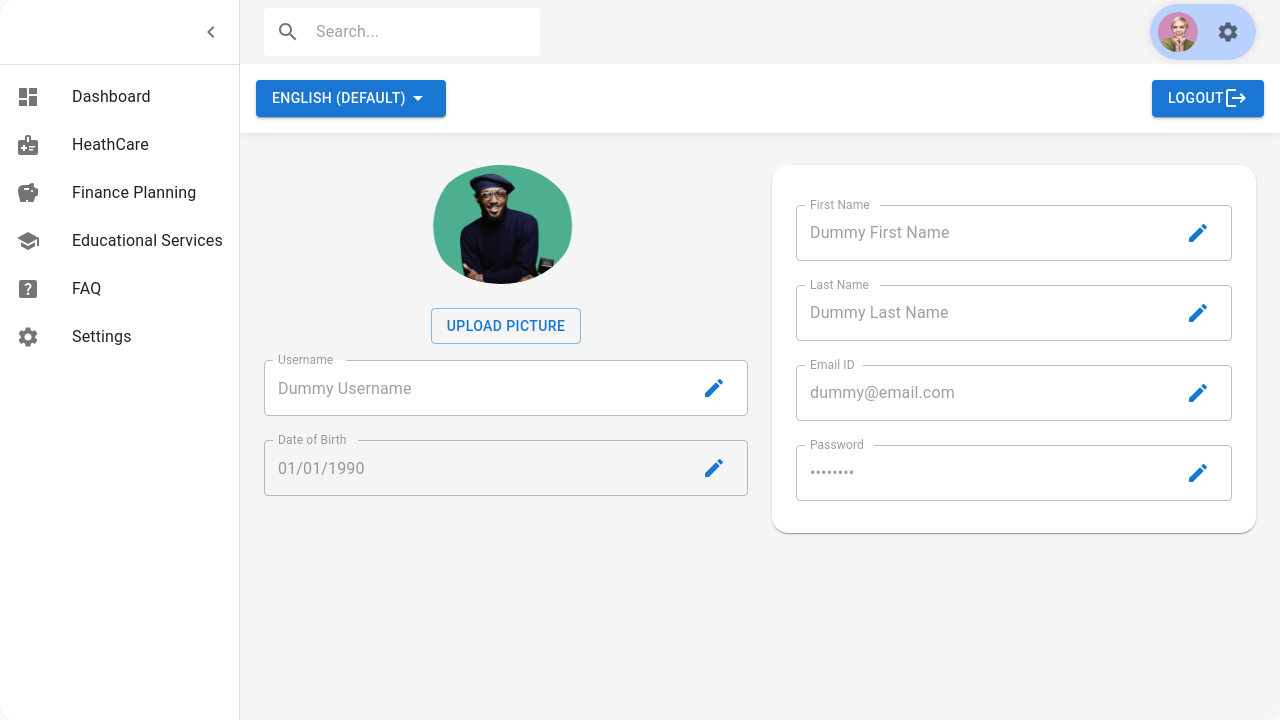
Repository: shubhampirate/TIAA_Retirement_hackathon
Page: /
These files come from the project's save history. The page is drawn as it stood at one moment and after the next save; the edit follows.
The browser window is 1280 px wide. The pictures show the whole page.
The project was rebuilt for these pictures with package versions that can differ from the ones it lists, and the page was loaded fresh each time. Also part of the build but not shown: src/Components/CustomButton.jsx, src/Components/Navbar.jsx, src/Components/Properties.jsx, src/Components/Footer.jsx, src/Components/Hero.jsx, src/pages/Sign_In.jsx.

Above is the page before, as saved 2023-11-15 20:18:01.

### src/index.css
@import url("https://fonts.googleapis.com/css2?family=Poppins:wght@400;500;700&display=swap");

* {
  margin: 0;
  padding: 0;
  box-sizing: border-box;
  font-family: "Poppins", sans-serif;
}

body {
  margin: 0;
  -webkit-font-smoothing: antialiased;
  -moz-osx-font-smoothing: grayscale;
}

code {
  font-family: source-code-pro, Menlo, Monaco, Consolas, "Courier New",
    monospace;
}

### src/App.jsx
import Hero from "./Components/Hero";
import SignIn from "./pages/Sign_In";
// import Dashboard from "./Components/Dashboard";
// import GaugeChart from "./Components/GaugeChart"
import Health from "./Components/Health";

function App() {
  return (
    <>
      {/* <Hero /> */}
      {/* <SignIn/> */}
      {/* <Dashboard /> */}
      <Health/>
      {/* <GaugeChart />  */}
    </>
  );
}

export default App;

### src/Components/Health.jsx
// import * as React from 'react';
import React, { useState } from 'react';
import { styled, createTheme, ThemeProvider } from '@mui/material/styles';
import CssBaseline from '@mui/material/CssBaseline';
import MuiDrawer from '@mui/material/Drawer';
import Box from '@mui/material/Box';
import MuiAppBar from '@mui/material/AppBar';
import Toolbar from '@mui/material/Toolbar';
import List from '@mui/material/List';
import Typography from '@mui/material/Typography';
import Divider from '@mui/material/Divider';
import IconButton from '@mui/material/IconButton';
// import Badge from '@mui/material/Badge';
import Container from '@mui/material/Container';
import Grid from '@mui/material/Grid';
import Paper from '@mui/material/Paper';
// import Link from '@mui/material/Link';
import MenuIcon from '@mui/icons-material/Menu';
import ChevronLeftIcon from '@mui/icons-material/ChevronLeft';
// import NotificationsIcon from '@mui/icons-material/Notifications';
import SettingsIcon from '@mui/icons-material/Settings';
import { mainListItems } from './listItems';
// import Chart from './Chart';
// import Deposits from './Deposits';
import TextField from '@mui/material/TextField';
import EditIcon from '@mui/icons-material/Edit';
import LogoutIcon from '@mui/icons-material/Logout';
import heroImg_4 from "../media/img_4.jpeg";
import heroImg_5 from "../media/img_5.jpeg";
import Button from '@mui/material/Button';
import LinearProgress from '@mui/material/LinearProgress';
// import YourComponent from './YourComponent';
import SearchIcon from '@mui/icons-material/Search';
import ArrowDropDownIcon from '@mui/icons-material/ArrowDropDown';
import InputBase from '@mui/material/InputBase';


  const Title = styled(Typography)(({ theme }) => ({
    fontSize: "25px",
    color: "#042A57",
    fontWeight: "bold",
    textAlign: "left",
    margin: theme.spacing(4, 0, 4, 0),
    [theme.breakpoints.down("sm")]: {
      fontSize: "30px",
    },
  }));
const drawerWidth = 240;

const AppBar = styled(MuiAppBar, {
  shouldForwardProp: (prop) => prop !== 'open',
})(({ theme, open }) => ({
  zIndex: theme.zIndex.drawer + 1,
  transition: theme.transitions.create(['width', 'margin'], {
    easing: theme.transitions.easing.sharp,
    duration: theme.transitions.duration.leavingScreen,
  }),
  ...(open && {
    marginLeft: drawerWidth,
    width: `calc(100% - ${drawerWidth}px)`,
    transition: theme.transitions.create(['width', 'margin'], {
      easing: theme.transitions.easing.sharp,
      duration: theme.transitions.duration.enteringScreen,
    }),
  }),
}));


const ProgressBarBox = ({ title, value }) => {
    let indicatorText = '';
    let color = '';

    if (value <= 30) {
      indicatorText = 'Less';
      color = '#BDFF7B';
    } else if (value <= 70) {
      indicatorText = 'Nearby Full';
      color = '#FFE779';
    } else {
      indicatorText = 'Completely Full';
      color = '#FC8965';
    }

    return (
      <Grid item xs={12} sm={6} md={4}>
        <Paper
          sx={{
            p: 2,
            display: 'flex',
            flexDirection: 'column',
            alignItems: 'center',
            borderRadius: '16px',
          }}
        >
          <Typography variant="h6" sx={{ mb: 1, color: "#0066FF" }}>
            {title}
          </Typography>
          <LinearProgress
          variant="determinate"
          value={value}
          sx={{
            width: '100%',
            height: '12px',
            borderRadius: '8px',
            backgroundColor: '#f0f0f0',
            marginBottom: '8px',
            '& .MuiLinearProgress-bar': {
              backgroundColor: color,
            },
          }}
        />

          <Box
          sx={{
            display: 'flex',
            justifyContent: 'space-between',
            width: '100%',

          }}
        >
          <Typography variant="body2">{indicatorText}</Typography>
          <Typography variant="body2">{value}%</Typography>
        </Box>
        </Paper>
      </Grid>
    );
  };
const Drawer = styled(MuiDrawer, { shouldForwardProp: (prop) => prop !== 'open' })(
  ({ theme, open }) => ({
    '& .MuiDrawer-paper': {
      position: 'relative',
      whiteSpace: 'nowrap',
      width: drawerWidth,
      transition: theme.transitions.create('width', {
        easing: theme.transitions.easing.sharp,
        duration: theme.transitions.duration.enteringScreen,
      }),
      boxSizing: 'border-box',
      ...(!open && {
        overflowX: 'hidden',
        transition: theme.transitions.create('width', {
          easing: theme.transitions.easing.sharp,
          duration: theme.transitions.duration.leavingScreen,
        }),
        width: theme.spacing(7),
        [theme.breakpoints.up('sm')]: {
          width: theme.spacing(9),
        },
      }),
    },
  }),
);

// TODO remove, this demo shouldn't need to reset the theme.
const defaultTheme = createTheme();

export default function Health() {
    const [isEditing, setIsEditing] = useState(false);
    const [userData, setUserData] = useState({
      username: 'Dummy Username',
      dob: '01/01/1990',
      firstName: 'Dummy First Name',
      lastName: 'Dummy Last Name',
      email: 'dummy@email.com',
      password: '********',
    });

    const handleEdit = (field) => {
      setIsEditing(!isEditing);
    };

    const handleChange = (field, value) => {
      setUserData((prevData) => ({
        ...prevData,
        [field]: value,
      }));
    };

    const [open, setOpen] = React.useState(true);

  const toggleDrawer = () => {
    setOpen(!open);
  };

  return (
    <ThemeProvider theme={defaultTheme}>
      <Box sx={{ display: 'flex', borderRadius: '16px', overflow: 'hidden', boxShadow: '0px 0px 10px rgba(0, 0, 0, 0.1)' }} >
        <CssBaseline />

<AppBar position="absolute" open={open} sx={{ backgroundColor: "whitesmoke", boxShadow: 'none' }}>
  <Toolbar
    sx={{
      pr: '24px', // keep right padding when drawer closed
      display: 'flex',
      alignItems: 'center',
      justifyContent: 'space-between',
    }}
  >
    <Box sx={{ display: 'flex', alignItems: 'center' }}>
      <IconButton
        edge="start"
        aria-label="open drawer"
        onClick={toggleDrawer}
        sx={{
          marginRight: '36px',
          ...(open && { display: 'none' }),
          backgroundColor: "#fff"
        }}
      >
        <MenuIcon  />
      </IconButton>

      {/* Search tab */}
      <Box sx={{ display: 'flex', alignItems: 'center', backgroundColor: 'white', borderRadius: '4px', padding: '4px' }}>
        <IconButton>
          <SearchIcon />
        </IconButton>
        <InputBase
          placeholder="Search..."
          sx={{ ml: 1 }}
        />
      </Box>

    </Box>

    <Box sx={{ display: 'flex', alignItems: 'center', backgroundColor: '#B9D2FD', boxShadow: '0px 0px 10px rgba(0, 0, 0, 0.1)', borderRadius: '40px', padding: '8px' }}>
      {/* User profile image */}
      <img
        src={heroImg_4}
        alt="User Profile"
        style={{ borderRadius: '50%', width: '40px', height: '40px', marginRight: '10px' }}
      />

      {/* Settings button */}
      <IconButton>
        <SettingsIcon />
      </IconButton>
    </Box>
  </Toolbar>
</AppBar>

        <Drawer variant="permanent" open={open}>
          <Toolbar
            sx={{
              display: 'flex',
              alignItems: 'center',
              justifyContent: 'flex-end',
              px: [1],
            }}
          >
            <IconButton onClick={toggleDrawer}>
              <ChevronLeftIcon />
            </IconButton>
          </Toolbar>
          <Divider />
          <List component="nav">
            {mainListItems}
            {/* <Divider sx={{ my: 1 }} /> */}
            {/* {secondaryListItems} */}
          </List>
        </Drawer>
        <Box
          component="main"
          sx={{
            backgroundColor: (theme) =>
              theme.palette.mode === 'light'
                ? theme.palette.grey[100]
                : theme.palette.grey[900],
            flexGrow: 1,
            height: '100vh',
            overflow: 'auto',

          }}
        >
          <Toolbar />
          {/* </Container> */}


          {/* Start Here */}
          <Box
    sx={{
      display: 'flex',
      justifyContent: 'space-between',
      alignItems: 'center',
      padding: '16px',
      backgroundColor: '#fff',
      boxShadow: '0px 0px 10px rgba(0, 0, 0, 0.1)',
    }}
  >
    {/* Language Button */}
    <Button variant="contained" >
      English (default) <ArrowDropDownIcon/>
    </Button>
    {/* Logout Button */}
    <Button variant="contained" >
      Logout  <LogoutIcon/>     </Button>
  </Box>
          <Container sx={{ mt: 4 }}>
        <Grid container spacing={3}>
          {/* Single Column for Upload Picture, Username, and DOB */}
          <Grid item xs={12} md={6}>
            {/* <Paper sx={{ p: 3, borderRadius: '16px' }}> */}
              <Box sx={{ display: 'flex', flexDirection: 'column', alignItems: 'center' }}>
                <input
                  type="file"
                  accept="image/*"
                  style={{
                    display: 'none',
                  }}
                  id="account-pic-input"
                />
                 <img
        src={heroImg_5}
        alt="User Profile"
        style={{ borderRadius: '100%', width: '30%', height: '30%', marginRight: '10px' }}
      />
      <br />
                <label htmlFor="account-pic-input">
                  <Button variant="outlined" component="span">
                    Upload Picture
                  </Button>
                </label>
                <TextField sx={{backgroundColor: '#FFFFFF'}}
                  label="Username"
                  variant="outlined"
                  fullWidth
                  margin="normal"
                  value={userData.username}
                  onChange={(e) => handleChange('username', e.target.value)}
                  disabled={!isEditing}
                  InputProps={{
                    endAdornment: (
                      <IconButton color="primary" onClick={handleEdit}>
                        <EditIcon />
                      </IconButton>
                    ),
                  }}
                />
                <TextField
                  label="Date of Birth"
                  variant="outlined"
                  fullWidth
                  margin="normal"
                  value={userData.dob}
                  onChange={(e) => handleChange('dob', e.target.value)}
                  disabled={!isEditing}
                  InputProps={{
                    endAdornment: (
                      <IconButton color="primary" onClick={handleEdit}>
                        <EditIcon />
                      </IconButton>
                    ),
                  }}
                />
              </Box>
            {/* </Paper> */}
          </Grid>

          {/* Single Column for First Name, Last Name, Email, and Password */}
          <Grid item xs={12} md={6}>
            <Paper sx={{ p: 3, borderRadius: '16px' }}>
              <Box>
                <TextField
                  label="First Name"
                  variant="outlined"
                  fullWidth
                  margin="normal"
                  value={userData.firstName}
                  onChange={(e) => handleChange('firstName', e.target.value)}
                  disabled={!isEditing}
                  InputProps={{
                    endAdornment: (
                      <IconButton color="primary" onClick={handleEdit}>
                        <EditIcon />
                      </IconButton>
                    ),
                  }}
                />
                <TextField
                  label="Last Name"
                  variant="outlined"
                  fullWidth
                  margin="normal"
                  value={userData.lastName}
                  onChange={(e) => handleChange('lastName', e.target.value)}
                  disabled={!isEditing}
                  InputProps={{
                    endAdornment: (
                      <IconButton color="primary" onClick={handleEdit}>
                        <EditIcon />
                      </IconButton>
                    ),
                  }}
                />
                <TextField
                  label="Email ID"
                  variant="outlined"
                  fullWidth
                  margin="normal"
                  value={userData.email}
                  onChange={(e) => handleChange('email', e.target.value)}
                  disabled={!isEditing}
                  InputProps={{
                    endAdornment: (
                      <IconButton color="primary" onClick={handleEdit}>
                        <EditIcon />
                      </IconButton>
                    ),
                  }}
                />
                <TextField
                  label="Password"
                  type="password"
                  variant="outlined"
                  fullWidth
                  margin="normal"
                  value={userData.password}
                  onChange={(e) => handleChange('password', e.target.value)}
                  disabled={!isEditing}
                  InputProps={{
                    endAdornment: (
                      <IconButton color="primary" onClick={handleEdit}>
                        <EditIcon />
                      </IconButton>
                    ),
                  }}
                />
              </Box>
            </Paper>
          </Grid>
        </Grid>
      </Container>
        </Box>
        </Box>
      {/* </Box> */}
    </ThemeProvider>
  );
}

### src/Components/listItems.jsx
import * as React from 'react';
import ListItemButton from '@mui/material/ListItemButton';
import ListItemIcon from '@mui/material/ListItemIcon';
import ListItemText from '@mui/material/ListItemText';
import DashboardIcon from '@mui/icons-material/Dashboard';
import MedicalInformationIcon from '@mui/icons-material/MedicalInformation';
import SavingsIcon from '@mui/icons-material/Savings';
import SchoolIcon from '@mui/icons-material/School';
import HelpCenterIcon from '@mui/icons-material/HelpCenter';
import SettingsIcon from '@mui/icons-material/Settings';


export const mainListItems = (
  <React.Fragment>
    <ListItemButton>
      <ListItemIcon>
        <DashboardIcon />
      </ListItemIcon>
      <ListItemText primary="Dashboard" />
    </ListItemButton>
    <ListItemButton>
      <ListItemIcon>
        <MedicalInformationIcon />
      </ListItemIcon>
      <ListItemText primary="HeathCare" />
    </ListItemButton>
    <ListItemButton>
      <ListItemIcon>
        <SavingsIcon />
      </ListItemIcon>
      <ListItemText primary="Finance Planning" />
    </ListItemButton>
    <ListItemButton>
      <ListItemIcon>
        <SchoolIcon />
      </ListItemIcon>
      <ListItemText primary="Educational Services" />
    </ListItemButton>
    <ListItemButton>
      <ListItemIcon>
        <HelpCenterIcon />
      </ListItemIcon>
      <ListItemText primary="FAQ" />
    </ListItemButton>
    <ListItemButton>
      <ListItemIcon>
        <SettingsIcon />
      </ListItemIcon>
      <ListItemText primary="Settings" />
    </ListItemButton>
  </React.Fragment>
);

// export const secondaryListItems = (
//   <React.Fragment>
//     <ListSubheader component="div" inset>
//       Saved reports
//     </ListSubheader>
//     <ListItemButton>
//       <ListItemIcon>
//         <AssignmentIcon />
//       </ListItemIcon>
//       <ListItemText primary="Current month" />
//     </ListItemButton>
//     <ListItemButton>
//       <ListItemIcon>
//         <AssignmentIcon />
//       </ListItemIcon>
//       <ListItemText primary="Last quarter" />
//     </ListItemButton>
//     <ListItemButton>
//       <ListItemIcon>
//         <AssignmentIcon />
//       </ListItemIcon>
//       <ListItemText primary="Year-end sale" />
//     </ListItemButton>
//   </React.Fragment>
// );

Loaded but not shown: public/index.html (common file); src/index.js (common file)

After the next save:
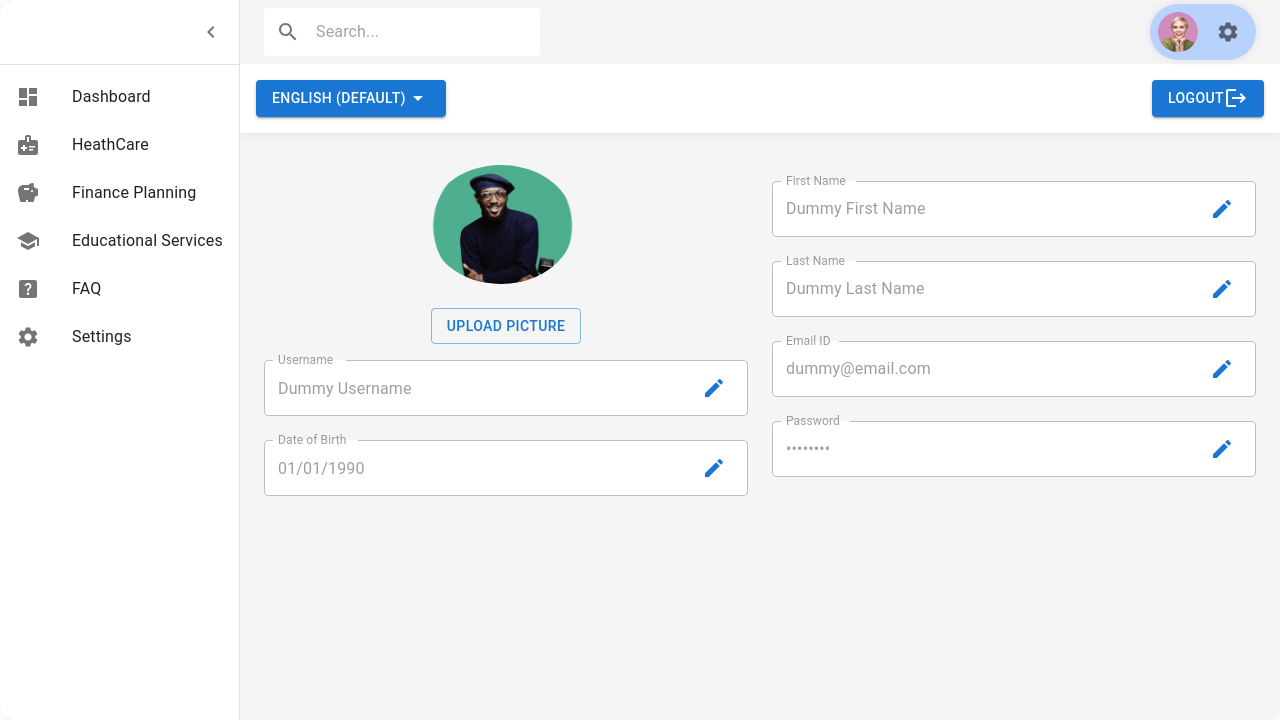
Saved 36 s later.
--- a/src/Components/Health.jsx
+++ b/src/Components/Health.jsx
@@ -336,7 +336,7 @@ export default function Health() {
                     ),
                   }}
                 />
-                <TextField
+                <TextField sx={{backgroundColor: '#FFFFFF'}}
                   label="Date of Birth"
                   variant="outlined"
                   fullWidth
@@ -358,9 +358,9 @@ export default function Health() {
 
           {/* Single Column for First Name, Last Name, Email, and Password */}
           <Grid item xs={12} md={6}>
-            <Paper sx={{ p: 3, borderRadius: '16px' }}>
+            {/* <Paper sx={{ p: 3, borderRadius: '16px' }}> */}
               <Box>
-                <TextField
+                <TextField sx={{backgroundColor: '#FFFFFF'}}
                   label="First Name"
                   variant="outlined"
                   fullWidth
@@ -376,7 +376,7 @@ export default function Health() {
                     ),
                   }}
                 />
-                <TextField
+                <TextField sx={{backgroundColor: '#FFFFFF'}}
                   label="Last Name"
                   variant="outlined"
                   fullWidth
@@ -392,7 +392,7 @@ export default function Health() {
                     ),
                   }}
                 />
-                <TextField
+                <TextField sx={{backgroundColor: '#FFFFFF'}}
                   label="Email ID"
                   variant="outlined"
                   fullWidth
@@ -408,7 +408,7 @@ export default function Health() {
                     ),
                   }}
                 />
-                <TextField
+                <TextField sx={{backgroundColor: '#FFFFFF'}}
                   label="Password"
                   type="password"
                   variant="outlined"
@@ -426,7 +426,7 @@ export default function Health() {
                   }}
                 />
               </Box>
-            </Paper>
+            {/* </Paper> */}
           </Grid>
         </Grid>
       </Container>
